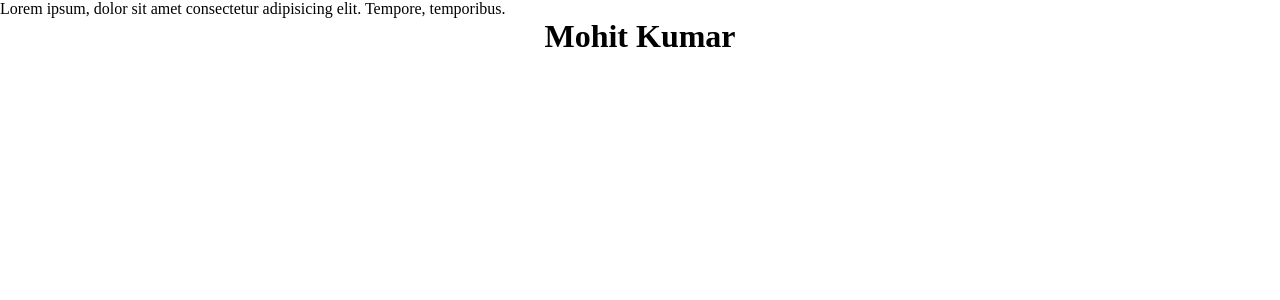
Repository: Mohitkumar1322/FrontendPracticee
Page: Javascript/index.html
The author's editor kept a copy of each file at every save. The page is drawn from the files as they stood at one save, then again after a run of saves.
The browser window is 1280 px wide. The pictures show the whole page.

Above is the page before, as saved 2025-07-10 10:00:30.

### Javascript/index.html
<!DOCTYPE html>
<html lang="en">
<head>
    <meta charset="UTF-8">
    <meta name="viewport" content="width=device-width, initial-scale=1.0">
    <title>Document</title>
    <link rel="stylesheet" href="style.css">
</head>
<body>
    <p id ="demo">Lorem ipsum, dolor sit amet consectetur adipisicing elit. Tempore, temporibus.</p>
    <h1 class="heading">Mohit Kumar </h1>
    <script src="script.js"></script>
</body>
</html>

### Javascript/style.css
*{
    margin:0;
    padding:0;
}
.heading{
    text-align: center;
}

### Javascript/script.js
let p =document.getElementById("demo");
console.dir(p);


let chanege=document.getElementById("demo");

chanege.innerHTML;

After the next 2 saves:
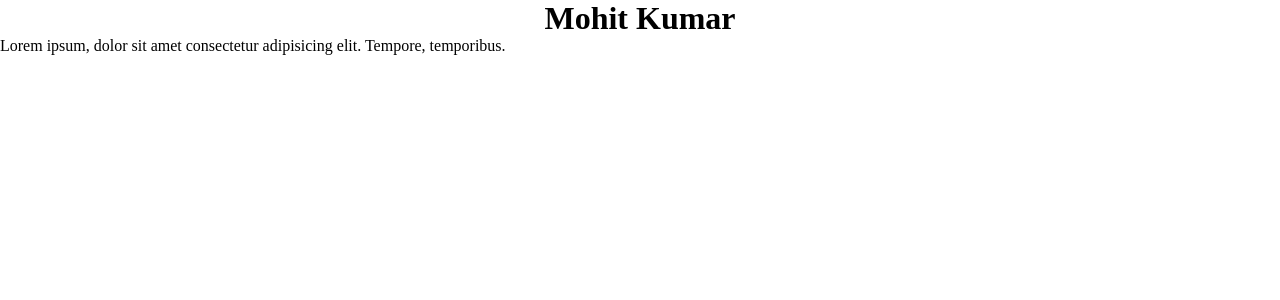
The 2 saves are shown as one change because they came seconds apart.
The last was saved 28 s later.
--- a/Javascript/index.html
+++ b/Javascript/index.html
@@ -7,8 +7,9 @@
     <link rel="stylesheet" href="style.css">
 </head>
 <body>
+    <h1 class="heading">Mohit Kumar </h1>
     <p id ="demo">Lorem ipsum, dolor sit amet consectetur adipisicing elit. Tempore, temporibus.</p>
-    <h1 class="heading">Mohit Kumar </h1>
+
     <script src="script.js"></script>
 </body>
 </html>
